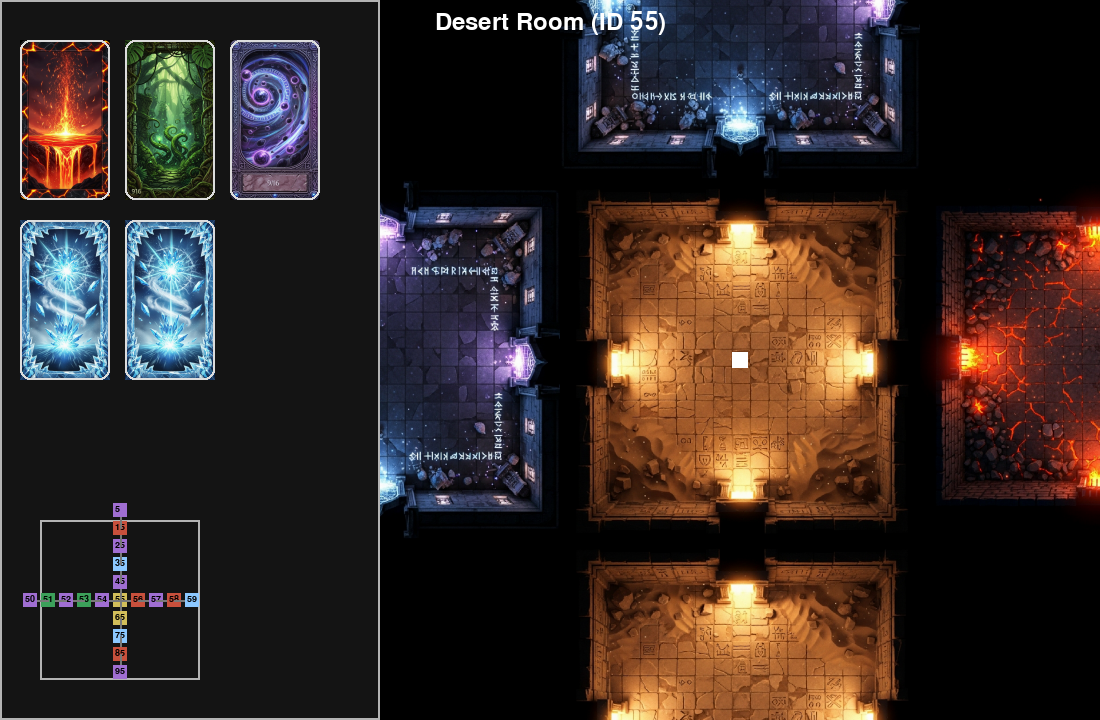
Repository: MehediMim/GateBound
Script's output: python main.py
These files come from the project's save history. The script's output is drawn as it stood at one moment and after a run of saves; the edit follows.
The window is shown after at most 60 frames with no key pressed. Random numbers start from a fixed seed. It also reads assets/bg_arcane.png, assets/bg_desert.png, assets/bg_ice.png, assets/bg_jungle.png, assets/bg_volcanic.png, assets/card_arcane.jpeg, assets/card_desert.jpeg, assets/card_ice.jpeg, assets/card_jungle.jpeg, assets/card_volcanic.jpeg.

Above is the script's output before, as saved 2026-01-26 19:28:28.

After the next 2 saves:
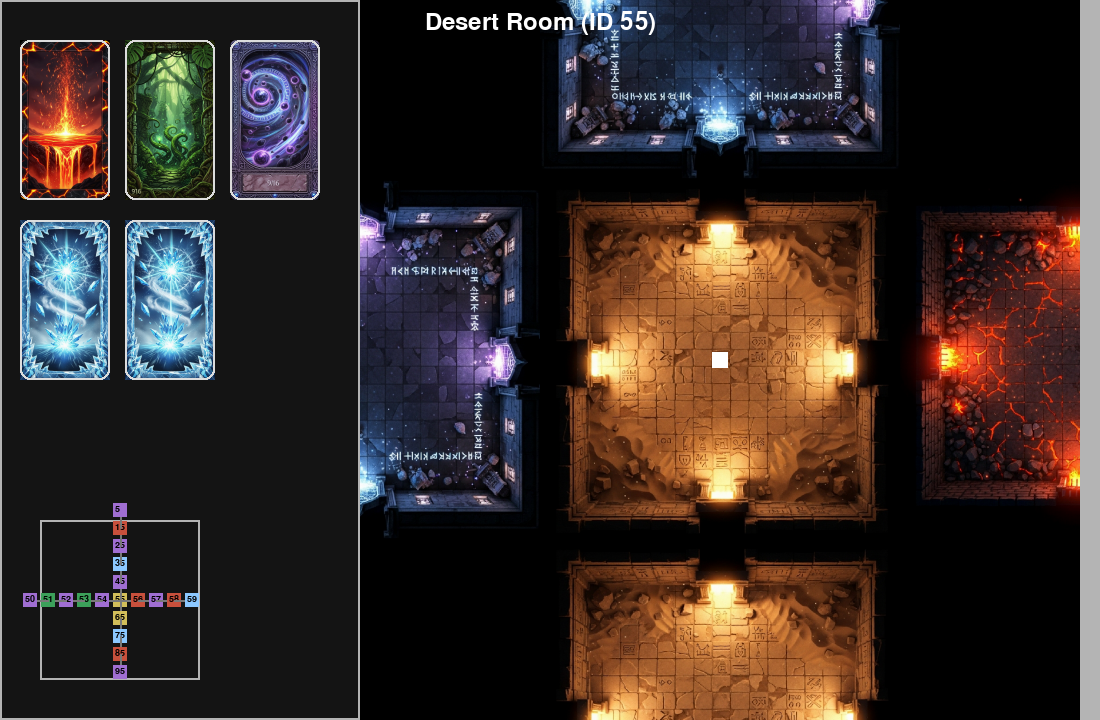
The 2 saves are shown as one change because they came seconds apart.
The last was saved 8 s later.
--- a/main.py
+++ b/main.py
@@ -21,7 +21,7 @@ GRID_H = 10
 # =========================
 # UI / LAYOUT (IMPORTANT)
 # =========================
-SIDEBAR_W = 380            # LEFT UI ONLY
+SIDEBAR_W = 360            # LEFT UI ONLY
 PREVIEW_MARGIN = ROOM_DRAW // 2     # space for half rooms
 
 SCREEN_WIDTH  = SIDEBAR_W + ROOM_DRAW + PREVIEW_MARGIN * 2
